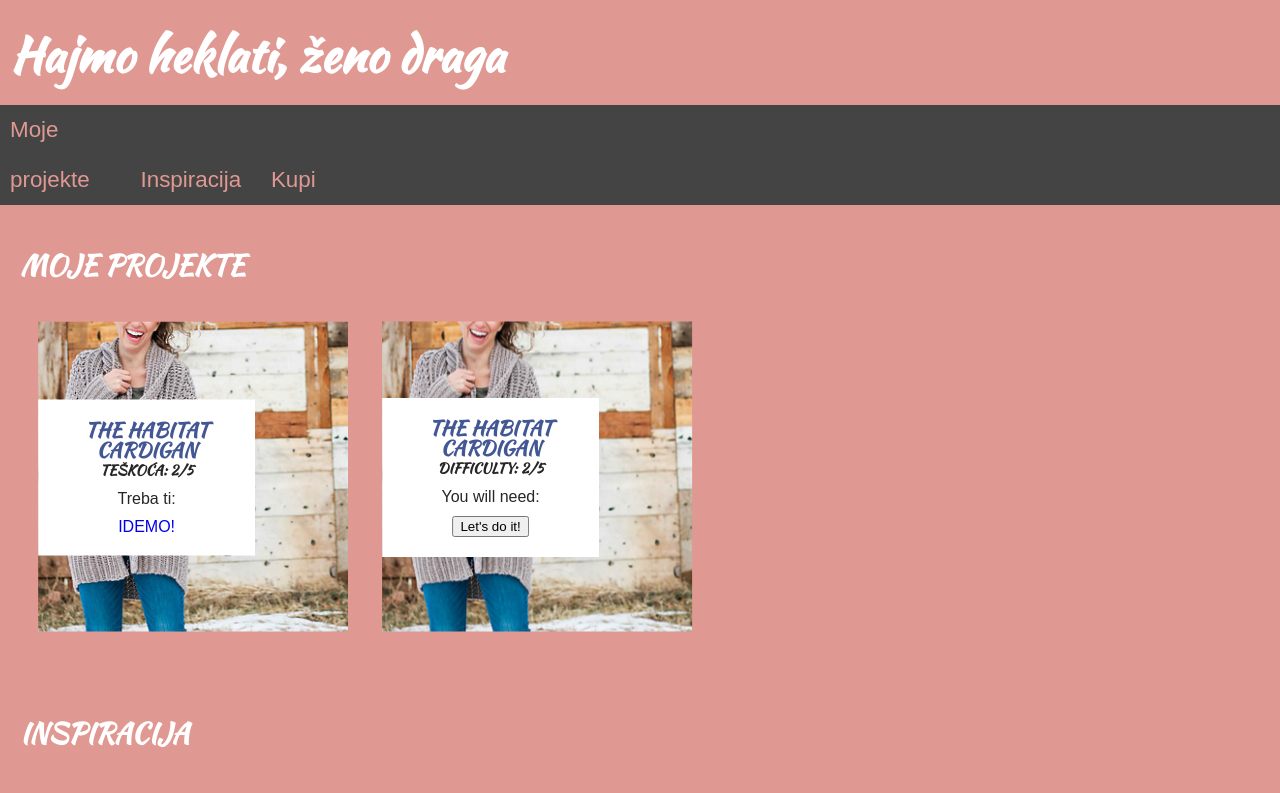
Repository: sdnc/Heklamo
Page: index.html
The author's editor kept a copy of each file at every save. The page is drawn from the files as they stood at one save, then again after a run of saves.
The browser window is 1280 px wide. The pictures show the whole page.

Above is the page before, as saved 2020-12-24 15:13:31.
Console error: ReferenceError: $ is not defined

After the next 2 saves:
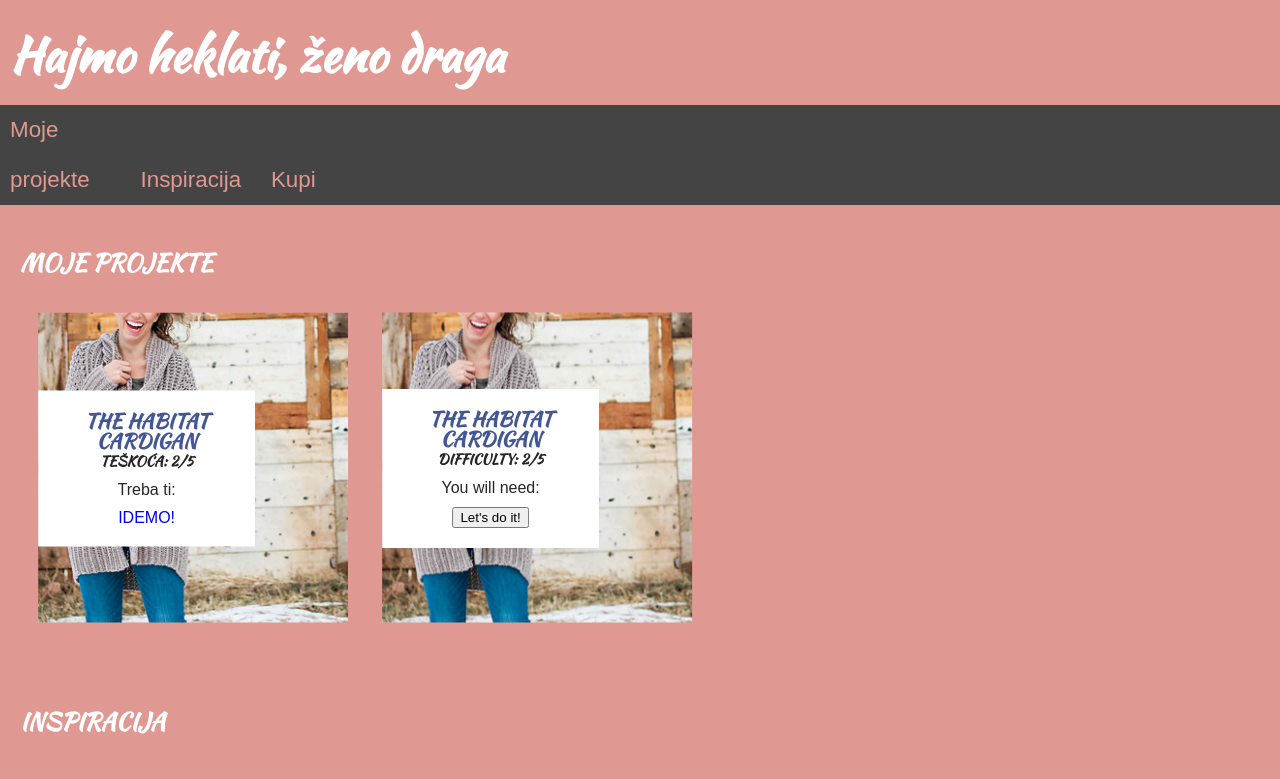
The 2 saves are shown as one change because they came seconds apart.
The last was saved 8 s later.
--- a/styles.css
+++ b/styles.css
@@ -18,7 +18,7 @@ h1 {
 
 h3 {
   font-family: "Kaushan Script", sans-serif;
-  font-size: 28;
+  font-size: 24;
   color: white;
 
 }
